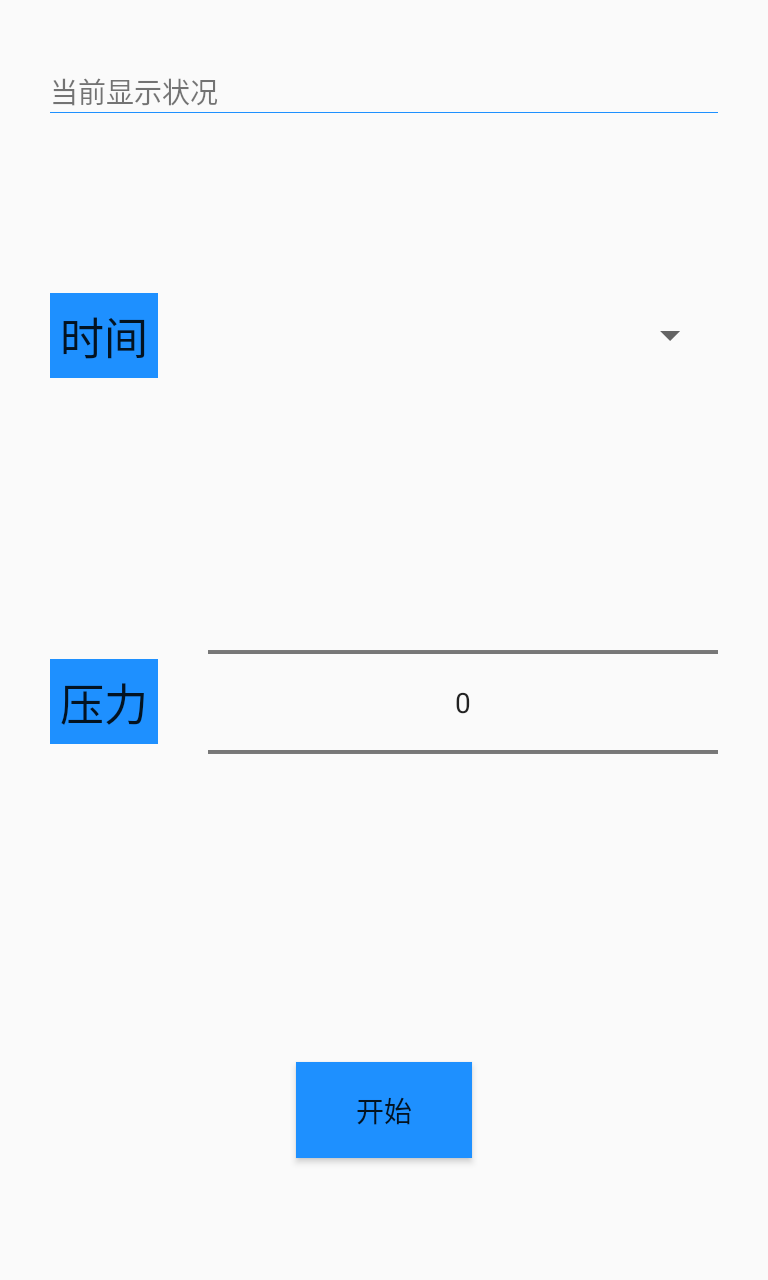
Repository: mimimy/MassagePro
Layout: BLE-Version/MassageTool/res/layout/base_pager.xml
These files come from the project's save history. The layout is drawn as it stood at one moment and after the next save; the edit follows.
It is drawn on a 768 x 1280 px phone screen (xhdpi) without system bars, with theme AppTheme; the app's code is not run.

Above is the layout before, as saved 2018-07-29 06:07:49.

After the next save:
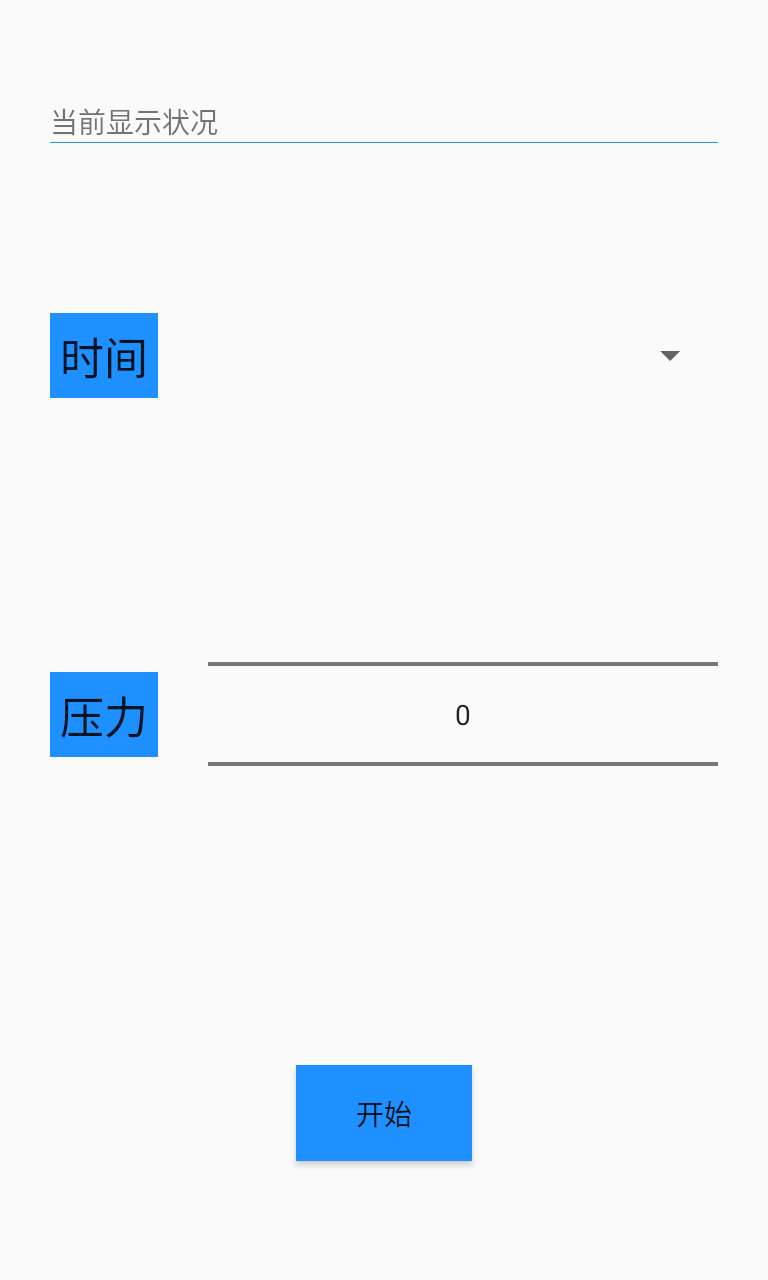
Saved 71 s later.
--- a/BLE-Version/MassageTool/res/layout/base_pager.xml
+++ b/BLE-Version/MassageTool/res/layout/base_pager.xml
@@ -6,7 +6,7 @@
     android:orientation="vertical" >
 
 	<LinearLayout
-	    android:layout_marginTop="20px"
+	    android:layout_marginTop="50px"
 	    android:layout_width="match_parent"
 	    android:layout_height="wrap_content"
 	    android:orientation="vertical"
